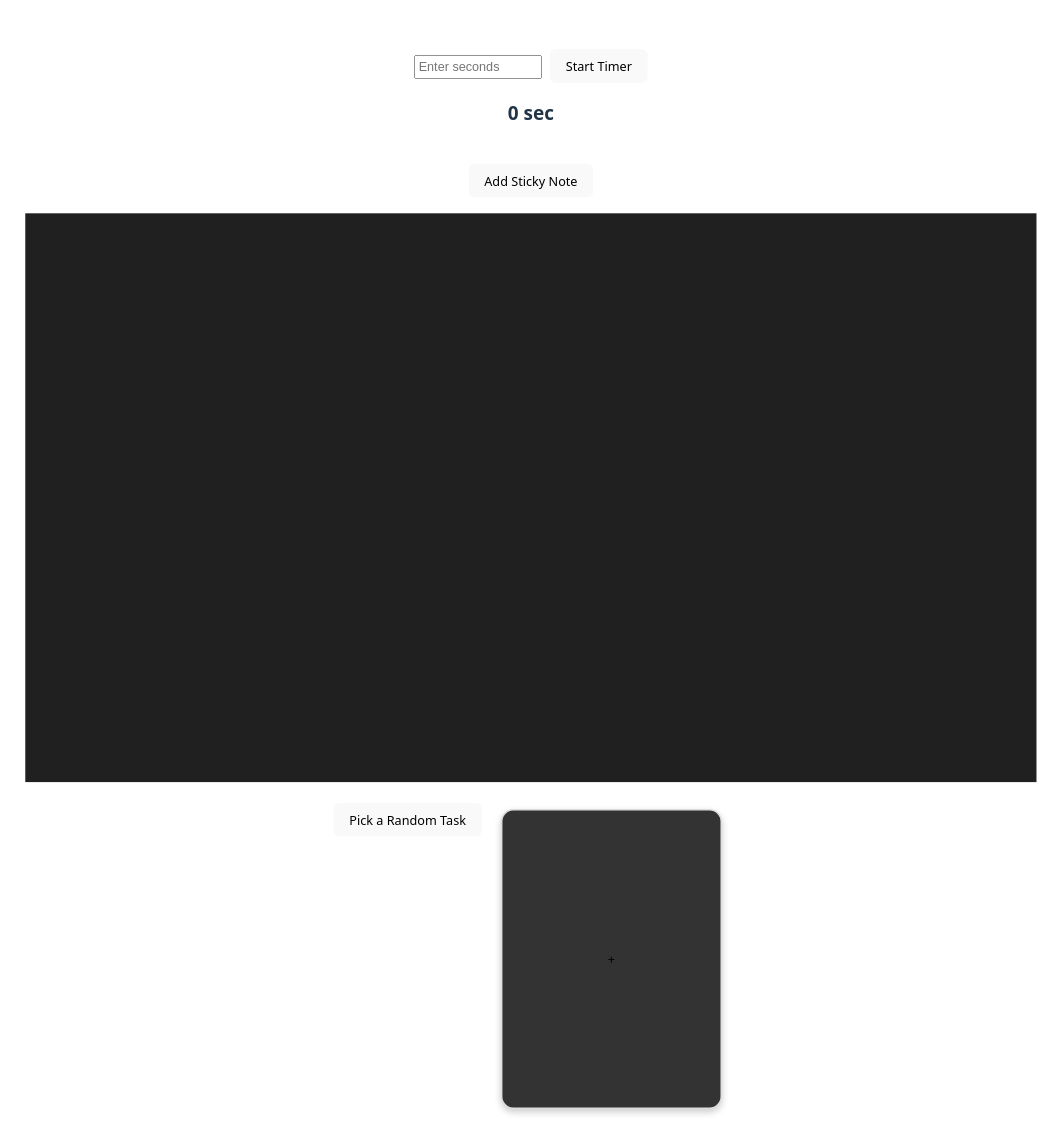
Repository: RamSivaSundaraKarthykeyan/Cards-Task
Page: /
The author's editor kept a copy of each file at every save. The page is drawn from the files as they stood at one save, then again after the next save.
The browser window is 1280 px wide. The page is 1344 px wide, then 1280 px, then 1344 px, so the pictures cover 1344 px, including what lies to the right of the window. The pictures show the whole page, at 79% of full size.
The project was rebuilt for these pictures with package versions that can differ from the ones it lists, and the page was loaded fresh each time. Also part of the build but not shown: vite.config.js, src/CSS/checkBox.css, src/components/CheckBox.jsx, src/CSS/TaskCard.css, src/components/TaskCard.jsx.

Above is the page before, as saved 2025-04-16 19:03:11.

### index.html
<!doctype html>
<html lang="en">
  <head>
    <meta charset="UTF-8" />
    <link rel="icon" type="image/svg+xml" href="/vite.svg" />
    <meta name="viewport" content="width=device-width, initial-scale=1.0" />
    <title>New To-Do</title>
  </head>
  <body>
    <div id="root"></div>
    <script type="module" src="/src/main.jsx"></script>
  </body>
</html>

### src/main.jsx
import { StrictMode } from "react";
import { createRoot } from "react-dom/client";
import "./CSS/index.css";
import App from "./App.jsx";

createRoot(document.getElementById("root")).render(
  <StrictMode>
    <App />
  </StrictMode>
);

### src/App.jsx
import React from "react";
import "./CSS/App.css";
import Deck from "./components/Deck.jsx";
import { TaskCardProvider } from "./context/TaskCardContext.jsx";

function App() {
  return (
    <>
      <TaskCardProvider>
        <Deck />
      </TaskCardProvider>
    </>
  );
}

export default App;

### src/components/Deck.jsx
import React, { useRef, useEffect } from "react";
import TaskCard from "./TaskCard.jsx";
import { useTaskCardContext } from "../context/TaskCardContext.jsx";
import "../CSS/Deck.css";
import Timer from "./Timer.jsx";
import StickyNotes from "./StickyNotes.jsx";

function Deck() {
  const {
    taskCards,
    addTaskCard,
    removeTaskCard,
    pickRandomTaskCard,
    selectedTaskId,
  } = useTaskCardContext();

  const inputRef = useRef({});

  const handleAddTaskCard = () => {
    const newId =
      taskCards.length === 0 ? 1 : taskCards[taskCards.length - 1].id + 1;
    addTaskCard({ id: newId });
    inputRef.current[newId] = React.createRef();
  };

  const handlePickRandomTaskCard = () => {
    const randomTaskCard = pickRandomTaskCard();
    if (randomTaskCard) {
      alert(`random Task Card:\nIDl: ${randomTaskCard.id}`);
    } else {
      alert(`No Task Cards Available!`);
    }
  };

  useEffect(() => {
    if (taskCards.length > 0) {
      const lastTaskCard = taskCards[taskCards.length - 1];
      inputRef.current[lastTaskCard.id]?.current?.focus();
    }
  }, [taskCards]);

  return (
    <div
      style={{ display: "flex", flexWrap: "wrap", gap: "16px" }}
      className="deck"
    >
      <Timer />
      <StickyNotes />
      <button onClick={handlePickRandomTaskCard}> Pick a Random Task </button>
      <button className="task-card-add-button" onClick={handleAddTaskCard}>
        +
      </button>
      {taskCards.map((tc) => (
        <TaskCard
          id={tc.id}
          key={tc.id}
          removeTask={() => removeTaskCard(tc.id)}
          inputRef={inputRef.current[tc.id]}
          isSelected={tc.id === selectedTaskId}
        />
      ))}
    </div>
  );
}

export default Deck;

### src/context/TaskCardContext.jsx
import React, { createContext, useContext, useState } from "react";

const TaskCardContext = createContext();

export function TaskCardProvider({ children }) {
  const [taskCards, setTaskCards] = useState([]);
  const [selectedTaskId, setSelectedTaskId] = useState(null);

  const addTaskCard = (taskCard) => setTaskCards((prev) => [...prev, taskCard]);
  const removeTaskCard = (id) =>
    setTaskCards((prev) => prev.filter((tc) => tc.id !== id));

  const pickRandomTaskCard = () => {
    if (taskCards.length === 0) return null;
    const randomIndex = Math.floor(Math.random() * taskCards.length);
    const randomCard = taskCards[randomIndex];
    setSelectedTaskId(randomCard.id);
    return randomCard;
  };

  return (
    // any component that consumes this context will have access to these value objects
    <TaskCardContext.Provider
      value={{
        taskCards,
        addTaskCard,
        removeTaskCard,
        pickRandomTaskCard,
        selectedTaskId,
      }}
    >
      {children}
    </TaskCardContext.Provider>
  );
}

export function useTaskCardContext() {
  return useContext(TaskCardContext);
}

### src/CSS/Deck.css
.task-card-add-button {
    width: 280px;
    height: 380px;
    margin: 8px;
    display: flex;
    justify-content: center;
    align-items: center;
    border: 2px solid #ddd;
    border-radius: 16px;
    background: #333;
    box-shadow: 0 4px 10px rgba(0, 0, 0, 0.2);
    cursor: pointer;
    box-sizing: border-box;
    /* Ensures uniform size */
}

.task-card-add-button:hover {
    transform: scale(1.05);
    box-shadow: 0 6px 12px rgba(0, 0, 0, 0.2);
}

.deck {
    display: flex;
    flex-wrap: wrap;
    gap: 16px;
    justify-content: center;
    align-items: flex-start;
}

### src/components/Timer.jsx
import React, { useState, useEffect, useRef } from "react";

function Timer() {
  // State to hold the remaining time (in seconds)
  const [time, setTime] = useState(0);
  // State to store the input value from the user
  const [inputValue, setInputValue] = useState("");
  // State to indicate if the timer is running
  const [isRunning, setIsRunning] = useState(false);

  // Ref to store the timer id from setTimeout so it can be cleared if needed
  const timerRef = useRef(null);
  // Ref to store the audio element so we can trigger playback
  const audioRef = useRef(null);

  // useEffect to handle the countdown
  useEffect(() => {
    // If the timer is running and time is not zero, schedule a timeout to decrease time by one second.
    if (isRunning && time > 0) {
      timerRef.current = setTimeout(() => {
        setTime(time - 1);
      }, 1000);
    }
    // When the time reaches zero while the timer is running, play the sound and stop the timer.
    else if (isRunning && time === 0) {
      // Play the sound if the audio element is ready
      if (audioRef.current) {
        audioRef.current.play();
      }
      setIsRunning(false);
    }
    // Cleanup function to clear the timeout if the component re-renders or unmounts.
    return () => clearTimeout(timerRef.current);
  }, [isRunning, time]);

  // Function to start the timer based on the user input
  const startTimer = () => {
    // Convert the input value to an integer (assuming the input is in seconds)
    const seconds = parseInt(inputValue, 10);
    if (!isNaN(seconds) && seconds > 0) {
      setTime(seconds);
      setIsRunning(true);
    }
  };

  return (
    <div style={{ textAlign: "center", marginTop: "30px" }}>
      <input
        type="number"
        value={inputValue}
        onChange={(e) => setInputValue(e.target.value)}
        placeholder="Enter seconds"
        style={{ fontSize: "16px", padding: "4px", width: "150px" }}
      />
      <button
        onClick={startTimer}
        style={{ marginLeft: "10px", fontSize: "16px" }}
      >
        Start Timer
      </button>
      <h2 style={{ marginTop: "20px" }}>{time} sec</h2>
      {/* Audio element plays sound when time is up. Ensure sound.mp3 is available in your public folder or change the src to a valid URL */}
      <audio ref={audioRef}>
        <source src="/alarm.mp3" type="audio/mpeg" />
        Your browser does not support the audio element.
      </audio>
    </div>
  );
}

export default Timer;

### src/components/StickyNotes.jsx
import React, { useState, useEffect } from "react";

function StickyNotes() {
  const [notes, setNotes] = useState([]);
  const [draggingId, setDraggingId] = useState(null);
  const [offset, setOffset] = useState({ x: 0, y: 0 });

  const addNote = () => {
    const newNote = {
      id: Date.now(),
      content: "",
      x: 200,
      y: 200,
    };
    setNotes([...notes, newNote]);
  };

  const handleMouseDown = (e, id) => {
    const note = notes.find((n) => n.id === id);
    if (note) {
      setDraggingId(id);
      setOffset({
        x: e.clinetX - note.x,
        y: e.clientY - note.y,
      });
    }
  };

  useEffect(() => {
    const handleMouseMove = (e) => {
      if (draggingId !== null) {
        const newX = e.clientX - offset.x;
        const newY = e.clientY - offset.y;
        console.log("New X:", newX, " New Y:", newY);
        setNotes((prevNotes) =>
          prevNotes.map((note) =>
            note.id === draggingId
              ? { ...note, x: e.clientX - offset.x, y: e.clientY - offset.y }
              : note
          )
        );
      }
    };

    const handleMouseUp = () => {
      setDraggingId(null);
    };

    if (draggingId !== null) {
      document.addEventListener("mousemove", handleMouseMove);
      document.addEventListener("mouseup", handleMouseUp);
    }

    return () => {
      document.removeEventListener("mousemove", handleMouseMove);
      document.removeEventListener("mouseup", handleMouseDown);
    };
  }, [draggingId, offset]);

  const updateContent = (id, content) => {
    setNotes((prevNotes) =>
      prevNotes.map((note) => (note.id === id ? { ...note, content } : note))
    );
  };

  return (
    <div style={{ textAlign: "center", padding: "10px" }}>
      <button onClick={addNote} style={{ marginBottom: "20px" }}>
        Add Sticky Note
      </button>
      <div
        style={{
          position: "relative",
          width: "100vw",
          height: "100vh",
          backgroundColor: "#202020",
          margin: 0,
          padding: 0,
          overflow: "hidden",
        }}
      >
        {notes.map((note) => (
          <div
            key={note.id}
            onMouseDown={(e) => handleMouseDown(e, note.id)}
            style={{
              position: "absolute",
              top: note.y,
              left: note.x,
              width: "200px",
              minHeight: "150px",
              background: "yellow",
              boxShadow: "0 4px 8px rgba(0,0,0,0.2)",
              cursor: "move",
              padding: "10px",
              userSelect: "none",
            }}
          >
            <textarea
              value={note.content}
              onChange={(e) => updateContent(note.id, e.target.value)}
              placeholder="Enter your note"
              style={{
                width: "100%",
                height: "100%",
                background: "transparent",
                border: "none",
                resize: "none",
                outline: "none",
                color: "black",
              }}
            />
          </div>
        ))}
      </div>
    </div>
  );
}

export default StickyNotes;

Loaded but not shown: src/index.css (common file); src/CSS/App.css (common file)

After the next save:
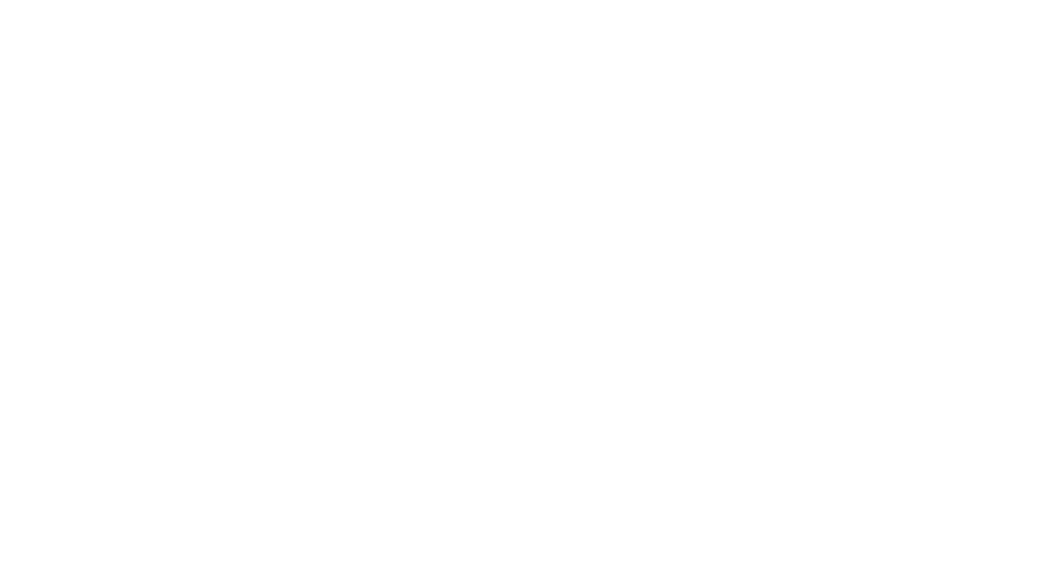
Console error: ReferenceError: offset is not defined
Saved 3 min 41 s later.
--- a/src/components/StickyNotes.jsx
+++ b/src/components/StickyNotes.jsx
@@ -1,9 +1,9 @@
-import React, { useState, useEffect } from "react";
+import React, { useState, useEffect, useRef } from "react";
 
 function StickyNotes() {
   const [notes, setNotes] = useState([]);
   const [draggingId, setDraggingId] = useState(null);
-  const [offset, setOffset] = useState({ x: 0, y: 0 });
+  const offsetRef = useRef({ x: 0, y: 0 });
 
   const addNote = () => {
     const newNote = {
@@ -19,10 +19,10 @@ function StickyNotes() {
     const note = notes.find((n) => n.id === id);
     if (note) {
       setDraggingId(id);
-      setOffset({
+      offsetRef.current = {
         x: e.clinetX - note.x,
         y: e.clientY - note.y,
-      });
+      };
     }
   };
 

After the 3 saves that followed:
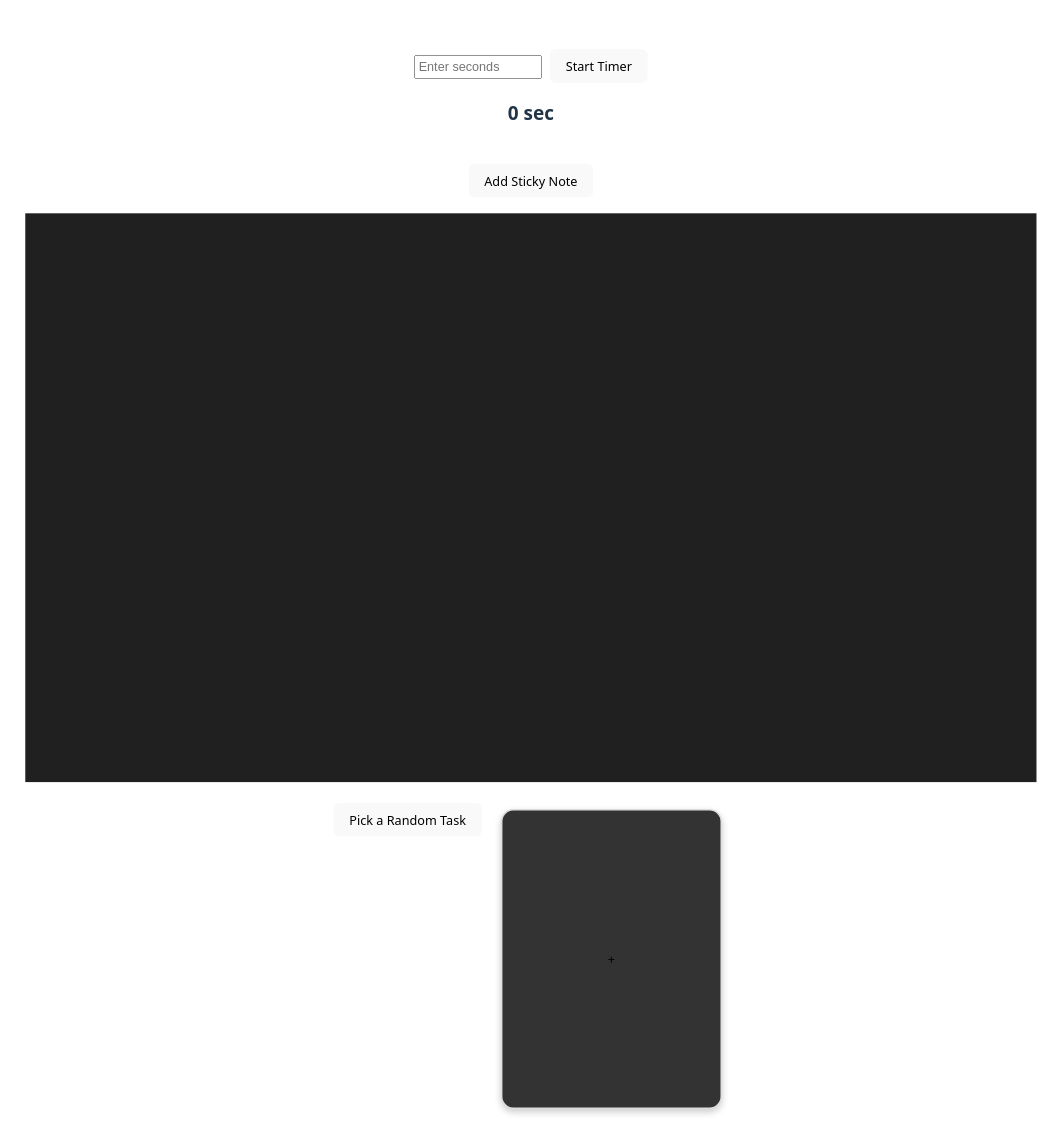
The error is gone.
The 3 saves are shown as one change because 2 left the picture as it was.
The last was saved 5 min 8 s later.
--- a/src/components/StickyNotes.jsx
+++ b/src/components/StickyNotes.jsx
@@ -29,13 +29,17 @@ function StickyNotes() {
   useEffect(() => {
     const handleMouseMove = (e) => {
       if (draggingId !== null) {
-        const newX = e.clientX - offset.x;
-        const newY = e.clientY - offset.y;
+        const newX = e.clientX - offsetRef.x;
+        const newY = e.clientY - offsetRef.y;
         console.log("New X:", newX, " New Y:", newY);
         setNotes((prevNotes) =>
           prevNotes.map((note) =>
             note.id === draggingId
-              ? { ...note, x: e.clientX - offset.x, y: e.clientY - offset.y }
+              ? {
+                  ...note,
+                  x: newX,
+                  y: newY,
+                }
               : note
           )
         );
@@ -55,7 +59,7 @@ function StickyNotes() {
       document.removeEventListener("mousemove", handleMouseMove);
       document.removeEventListener("mouseup", handleMouseDown);
     };
-  }, [draggingId, offset]);
+  }, [draggingId]);
 
   const updateContent = (id, content) => {
     setNotes((prevNotes) =>
